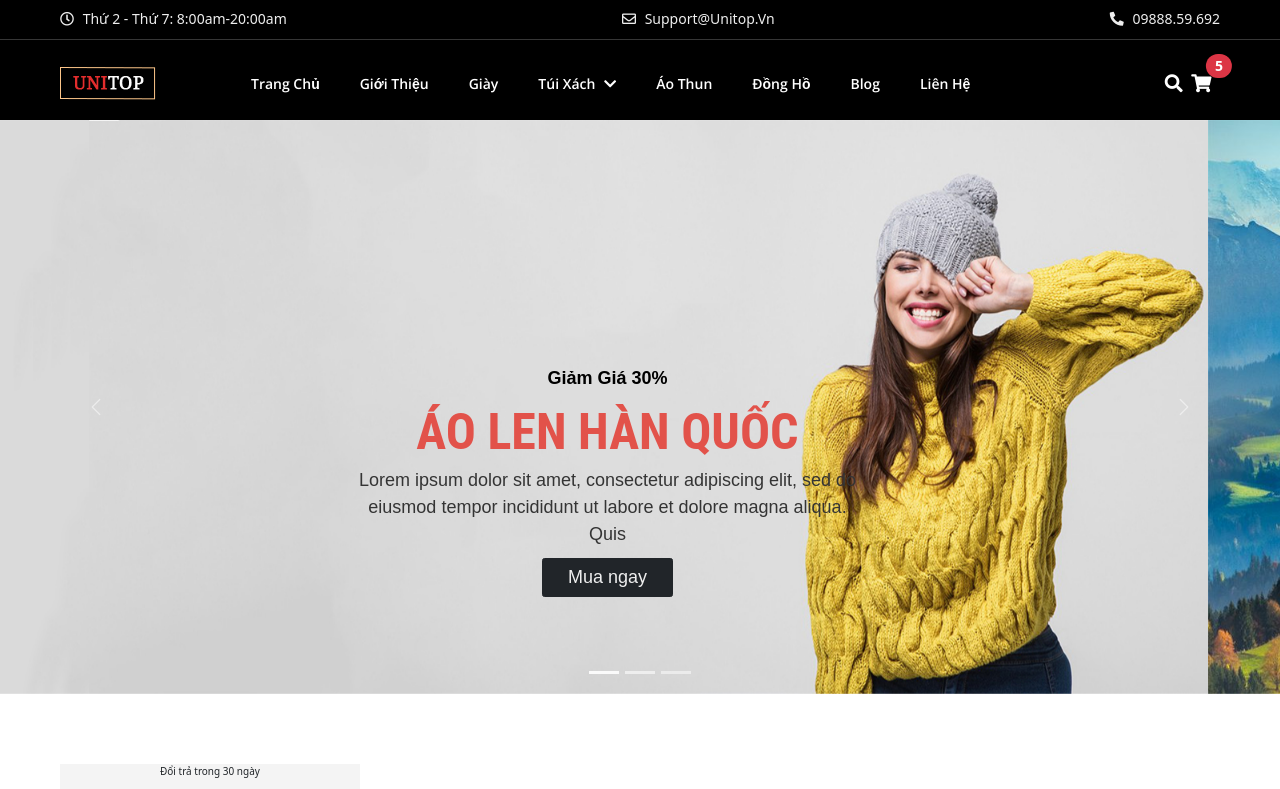
Repository: vinhtk0209/clothes-shop
Page: index.html
The author's editor kept a copy of each file at every save. The page is drawn from the files as they stood at one save, then again after the next save.
The browser window is 1280 px wide. The pictures show the whole page.

Above is the page before, as saved 2021-10-04 17:10:24.

### index.html
<!DOCTYPE html>
<html lang="en">
  <head>
    <meta charset="UTF-8" />
    <meta http-equiv="X-UA-Compatible" content="IE=edge" />
    <meta name="viewport" content="width=device-width, initial-scale=1.0" />
    <title>UNI-SHOP</title>
    <link rel="stylesheet" href="assets/css/reset.css" />
    <link rel="stylesheet" href="assets/fontawesome/css/all.css" />
    <link rel="stylesheet" href=" assets/boostrap/css/bootstrap.min.css" />
    <link rel="preconnect" href="https://fonts.googleapis.com" />
    <link rel="preconnect" href="https://fonts.gstatic.com" crossorigin />
    <link
      href="https://fonts.googleapis.com/css2?family=Open+Sans:wght@400;600;700&display=swap"
      rel="stylesheet"
    />
    <script src="assets/js/jquery.min.js"></script>
    <link rel="stylesheet" href="assets/css/main.css" />
  </head>
  <body>
    <div id="wrapper">
      <div id="header">

          <div class="header-info">
            <div class="container-1160">
            <ul
              class="
                list-info list-unstyled
                d-flex
                justify-content-between
                align-items-center
              "
            >
              <li>
                <p class="header-descr time-contact">
                  <span class="icon-time">
                    <!-- icon time -->
                    <i class="far fa-clock"></i>
                  </span>
                  <span class="descr-time ps-2 descr"
                    >thứ 2 - thứ 7: 8:00am-20:00am</span
                  >
                </p>
              </li>
              <li>
                <p class="header-descr email-contact">
                  <span class="icon-email">
                    <!-- icon email -->
                    <i class="far fa-envelope"></i>
                  </span>
                  <span class="descr-email ps-2 descr"> support@unitop.vn </span>
                </p>
              </li>
              <li>
                <p class="header-descr phone-number">
                  <span class="icon-phone">
                    <!-- icon phone -->
                    <i class="fas fa-phone-alt"></i>
                  </span>
                  <span class="descr-phone ps-2 descr"> 09888.59.692 </span>
                </p>
              </li>
            </ul>
          </div>
          </div>
          <!-- END HEADER-INFO -->
          <div
            class="header-menu d-flex align-items-center container-1160"

          >

            <div class="header-menu-logo mr-95">
              <a href="" class="logo-link">
                <img src="assets/images/logo.png" alt="logo" />
              </a>
            </div>
            <div class="header-menu-list ">
              <ul
                class="
                  list-menu
                  d-flex

                  align-items-center list-unstyled
                "
              >
                <li>
                  <a href="" class="list-name text-decoration-none">Trang chủ</a>
                </li>
                <li>
                  <a href="" class="list-name text-decoration-none">Giới thiệu</a>
                </li>
                <li>
                  <a href="" class="list-name text-decoration-none">Giày</a>
                </li>
                <li class="position-relative list-product">
                  <a href="" class="list-name text-decoration-none "
                    >Túi xách
                    <span class="icon-arrow-down ps-2">
                      <!-- icon arrow down -->
                      <i class="fas fa-chevron-down"></i>
                    </span></a
                  >

                  <ul class="sub-menu list-unstyled position-absolute  bg-submenu ">

                    <li>
                      <a href="" class="text-decoration-none color-submenu ">
                        túi xách tay nữ
                      </a>
                    </li>
                    <li>
                      <a href="" class="text-decoration-none  color-submenu">
                        túi đeo chéo nữ
                      </a>
                    </li>
                    <li>
                      <a href="" class="text-decoration-none color-submenu">
                        túi bản to
                      </a>
                    </li>
                    <li>
                      <a href="" class="text-decoration-none color-submenu">
                        túi đeo vai
                      </a>
                    </li>
                  </ul>
                </li>
                <li>
                  <a href="" class="list-name text-decoration-none">áo thun</a>
                </li>
                <li>
                  <a href="" class="list-name text-decoration-none">đồng hồ</a>
                </li>
                <li>
                  <a href="" class="list-name text-decoration-none">blog</a>
                </li>
                <li>
                  <a href="" class="list-name text-decoration-none">liên hệ</a>
                </li>
              </ul>
            </div>
            <!-- END MENU-LIST -->
            <div
              class="
                header-menu-function
                d-flex
                justify-content-between
                align-items-center
                ms-auto
              "
            >
              <div class="icon-search text-white ">
                <span class="search fs-18">
                  <!-- icon search -->
                  <span><i class="fas fa-search"></i></span>
                </span>
              </div>
              <div class="icon-cart">
                <a
                  href=""
                  class="btn text-white position-relative"
                >
                  <span class="fs-18">
                    <!-- icon cart  -->
                    <i class="fas fa-shopping-cart"></i>
                  </span>
                  <span
                    class="
                      position-absolute
                      top-0
                      start-100
                      translate-middle
                      badge
                      rounded-pill
                      bg-danger
                      fs-14
                    "
                  >
                    5
                  </span>
                </a>
              </div>
            </div>
          </div>
          <!-- END HEADER MENU -->
        </div>
      </div>
      <div id="slide" class="slide">
        <div id="carouselExampleIndicators" class="carousel slide" data-bs-ride="carousel">
          <div class="carousel-indicators">
            <button type="button" data-bs-target="#carouselExampleIndicators" data-bs-slide-to="0" class="active bg-btn-slide" aria-current="true" aria-label="Slide 1"></button>
            <button type="button" data-bs-target="#carouselExampleIndicators" data-bs-slide-to="1" aria-label="Slide 2 "
            class="bg-btn-slide"></button>
            <button type="button" data-bs-target="#carouselExampleIndicators" data-bs-slide-to="2" aria-label="Slide 3"
            class="bg-btn-slide"></button>
          </div>
          <div class="carousel-inner">
            <div class="carousel-item active">
              <img src="assets/images/slide-1.png" class="d-block w-100" alt="...">
            </div>
            <div class="carousel-item">
              <img src="assets/images/slide-2.jpg" class="d-block w-100" alt="...">
            </div>
            <div class="carousel-item">
              <img src="assets/images/slide-3.png" class="d-block w-100" alt="...">
            </div>
          </div>
          <button class="carousel-control-prev" type="button" data-bs-target="#carouselExampleIndicators" data-bs-slide="prev">
            <span class="carousel-control-prev-icon" aria-hidden="true"></span>
            <span class="visually-hidden">Previous</span>
          </button>
          <button class="carousel-control-next" type="button" data-bs-target="#carouselExampleIndicators" data-bs-slide="next">
            <span class="carousel-control-next-icon" aria-hidden="true"></span>
            <span class="visually-hidden">Next</span>
          </button>
        </div>
        <!-- CARD INFO -->
          <div class="card-img-overlay card-descr text-center">
            <p class="discount fs-18 fw-bold color-p-card-discount">Giảm Giá 30%</p>
            <h4 class="product-name fw-bold">
              ÁO LEN HÀN QUỐC
            </h4>
            <p class="descr fs-18 color-p-card-descr fw-regular   ">
              Lorem ipsum dolor sit amet, consectetur adipiscing elit, sed do eiusmod tempor incididunt ut labore et dolore magna aliqua. Quis
            </p>
            <button type="button" class="btn btn-dark btn-buynow fs-18 text-button fw-regular pd-btn">Mua ngay</button>
          </div>
      </div>
      <!-- END SLIDE -->
      <div id="special-offer ">
        <div class="container-1160 d-flex justify-content-between align-items-center">
          <div class="return-time box-offer">
            <span class="icon-return-time d-block">
              <!-- icon return  -->
            </span>
            <p class="special__offer--descr ">
              Đổi trả trong 30 ngày
            </p>
          </div>
          <!-- END RETURN TIME -->
          <div class="special__offer--support-phone box-offer">

          </div>
          <!-- END SUPPORT PHONE -->
          <div class="special__offer--freeship box-offer">

          </div>
          <!-- END FREESHIP -->
        </div>
      </div>
      <!-- END SPECIAL OFFER -->
      <!-- END HEADER -->
      <div id="content">

      </div>
      <!-- END CONTENT -->
      <div id="footer"></div>
      <!-- END FOOTER -->
    </div>
    <!-- END WRAPPER -->
    <script src="assets/js/bootstrap.bundle.min.js"></script>
    <script src="assets/js/popper.min.js"></script>
  </body>
</html>

### assets/css/reset.css
/*
 * Bootstrap Reboot v4.3.1 (https://getbootstrap.com/)
 * Copyright 2011-2019 The Bootstrap Authors
 * Copyright 2011-2019 Twitter, Inc.
 * Licensed under MIT (https://github.com/twbs/bootstrap/blob/master/LICENSE)
 * Forked from Normalize.css, licensed MIT (https://github.com/necolas/normalize.css/blob/master/LICENSE.md)
 */

*,
*::before,
*::after {
    box-sizing: border-box;
}

html {
    font-family: sans-serif;
    line-height: 1.15;
    -webkit-text-size-adjust: 100%;
    -webkit-tap-highlight-color: rgba(0, 0, 0, 0);
}

article,
aside,
figcaption,
figure,
footer,
header,
hgroup,
main,
nav,
section {
    display: block;
}

body {
    margin: 0;
    font-family: -apple-system, BlinkMacSystemFont, "Segoe UI", Roboto, "Helvetica Neue", Arial, "Noto Sans", sans-serif, "Apple Color Emoji", "Segoe UI Emoji", "Segoe UI Symbol", "Noto Color Emoji";
    font-size: 1rem;
    font-weight: 400;
    line-height: 1.5;
    color: #212529;
    text-align: left;
    background-color: #fff;
}

[tabindex="-1"]:focus {
    outline: 0 !important;
}

hr {
    box-sizing: content-box;
    height: 0;
    overflow: visible;
}

h1,
h2,
h3,
h4,
h5,
h6 {
    margin-top: 0;
    margin-bottom: 0.5rem;
}

p {
    margin-top: 0;
    margin-bottom: 1rem;
}

abbr[title],
abbr[data-original-title] {
    text-decoration: underline;
    -webkit-text-decoration: underline dotted;
    text-decoration: underline dotted;
    cursor: help;
    border-bottom: 0;
    -webkit-text-decoration-skip-ink: none;
    text-decoration-skip-ink: none;
}

address {
    margin-bottom: 1rem;
    font-style: normal;
    line-height: inherit;
}

ol,
ul,
dl {
    margin-top: 0;
    margin-bottom: 1rem;
}

ol ol,
ul ul,
ol ul,
ul ol {
    margin-bottom: 0;
}

dt {
    font-weight: 700;
}

dd {
    margin-bottom: .5rem;
    margin-left: 0;
}

blockquote {
    margin: 0 0 1rem;
}

b,
strong {
    font-weight: bolder;
}

small {
    font-size: 80%;
}

sub,
sup {
    position: relative;
    font-size: 75%;
    line-height: 0;
    vertical-align: baseline;
}

sub {
    bottom: -.25em;
}

sup {
    top: -.5em;
}

a {
    color: #007bff;
    text-decoration: none;
    background-color: transparent;
}

a:hover {
    color: #0056b3;
    text-decoration: underline;
}

a:not([href]):not([tabindex]) {
    color: inherit;
    text-decoration: none;
}

a:not([href]):not([tabindex]):hover,
a:not([href]):not([tabindex]):focus {
    color: inherit;
    text-decoration: none;
}

a:not([href]):not([tabindex]):focus {
    outline: 0;
}

pre,
code,
kbd,
samp {
    font-family: SFMono-Regular, Menlo, Monaco, Consolas, "Liberation Mono", "Courier New", monospace;
    font-size: 1em;
}

pre {
    margin-top: 0;
    margin-bottom: 1rem;
    overflow: auto;
}

figure {
    margin: 0 0 1rem;
}

img {
    vertical-align: middle;
    border-style: none;
}

svg {
    overflow: hidden;
    vertical-align: middle;
}

table {
    border-collapse: collapse;
}

caption {
    padding-top: 0.75rem;
    padding-bottom: 0.75rem;
    color: #6c757d;
    text-align: left;
    caption-side: bottom;
}

th {
    text-align: inherit;
}

label {
    display: inline-block;
    margin-bottom: 0.5rem;
}

button {
    border-radius: 0;
}

button:focus {
    outline: 1px dotted;
    outline: 5px auto -webkit-focus-ring-color;
}

input,
button,
select,
optgroup,
textarea {
    margin: 0;
    font-family: inherit;
    font-size: inherit;
    line-height: inherit;
}

button,
input {
    overflow: visible;
}

button,
select {
    text-transform: none;
}

select {
    word-wrap: normal;
}

button,
[type="button"],
[type="reset"],
[type="submit"] {
    -webkit-appearance: button;
}

button:not(:disabled),
[type="button"]:not(:disabled),
[type="reset"]:not(:disabled),
[type="submit"]:not(:disabled) {
    cursor: pointer;
}

button::-moz-focus-inner,
[type="button"]::-moz-focus-inner,
[type="reset"]::-moz-focus-inner,
[type="submit"]::-moz-focus-inner {
    padding: 0;
    border-style: none;
}

input[type="radio"],
input[type="checkbox"] {
    box-sizing: border-box;
    padding: 0;
}

input[type="date"],
input[type="time"],
input[type="datetime-local"],
input[type="month"] {
    -webkit-appearance: listbox;
}

textarea {
    overflow: auto;
    resize: vertical;
}

fieldset {
    min-width: 0;
    padding: 0;
    margin: 0;
    border: 0;
}

legend {
    display: block;
    width: 100%;
    max-width: 100%;
    padding: 0;
    margin-bottom: .5rem;
    font-size: 1.5rem;
    line-height: inherit;
    color: inherit;
    white-space: normal;
}

progress {
    vertical-align: baseline;
}

[type="number"]::-webkit-inner-spin-button,
[type="number"]::-webkit-outer-spin-button {
    height: auto;
}

[type="search"] {
    outline-offset: -2px;
    -webkit-appearance: none;
}

[type="search"]::-webkit-search-decoration {
    -webkit-appearance: none;
}

::-webkit-file-upload-button {
    font: inherit;
    -webkit-appearance: button;
}

output {
    display: inline-block;
}

summary {
    display: list-item;
    cursor: pointer;
}

template {
    display: none;
}

[hidden] {
    display: none !important;
}


/*# sourceMappingURL=bootstrap-reboot.css.map */

### assets/css/main.css
* {
    margin: 0;
    padding: 0;
    box-sizing: inherit;
}
html{
    font-family: 'Open Sans', sans-serif;
    font-size: 62.5%;
    line-height: 1.5;
    box-sizing: border-box;
}
.container-1160 {
    width: 1160px;
    margin:0px auto;
}
ul{
    margin: 0;
    padding: 0;
}
.mr-95{
    margin-right:95px;
}
.outline-none{
    outline: none!important;
}
.fs-14{
    font-size: 14px;
}
.fs-18{
    font-size: 18px;
}
.bg-submenu{
    background-color: #f9f9f9;
}
.color-submenu{
    color: #5c5b5b ;
}
.color-p-card-discount{
    color:#000000;
}
.color-p-card-descr{
    color:#343434;
}
.text-button{
    color:#efefef;
}
.fw-regular{
    font-weight: 400;
}
.pd-btn{
    padding:5px 25px;
}
.bg-btn-slide:hover{
    background-color: #e2524a!important ;
}
/* =========================== HEADER ===========================*/
#header {
    min-height: 120px;
    background-color: #000000;
    padding: 8px 0px 0px 0px;
    text-transform: capitalize;
}
.header-info{

    color:#eeeeee;
    font-weight: 400 ;
    font-size: 1.4rem;
    border-bottom:1px solid #363636;
    margin-bottom: 25px;
}

.header-menu-list ul.list-menu > li + li{
    padding-left:40px;

}
.header-menu-list ul li a.list-name{
    font-size: 1.4rem;
    color:#ffffff;
    font-weight:600 ;
    font-family: 'Open Sans', sans-serif;
    transition: all 0.5s ease-in-out;
}
.header-menu-list ul li a.list-name:hover{
    color:#e2524a ;
}
ul.list-menu li:hover>ul.sub-menu{
    opacity: 1;
    visibility: visible;
    z-index: 9999;
}
ul.sub-menu {
   /* padding:0px; */
   min-width: 200px;
   min-height: 133px;
   padding:18px 0 20px 0;
   box-sizing: border-box;
   top:50px;
   opacity: 0;
   visibility: hidden;
   transition: all 0.5s ease-in-out;

}

ul.sub-menu li{
    padding-left:25px;
    /* chinh lai padding  */
}
ul.sub-menu li a{
    font-family: 'Roboto Condensed', sans-serif;
    display: block;
    font-weight: 400;
    font-size: 1.4rem;
    margin-bottom: 10px;
    transition: all 0.5s ease-in-out;
}

ul.sub-menu li a:hover{
    color:#e2524a ;
}

/* ======================= END HEADER =======================*/

/* ======================= SLIDER =======================*/
.slide{
    /* height:700px; */
    position: relative;
    margin-bottom: 70px;
}
.card-descr{
    position: absolute;
    top:235px;
    left:340px;
    max-width:535px;
    min-height:285px;
    font-family: "Myriad Pro", sans-serif;
}

.card-descr h4.product-name{
    font-size: 5rem;
    font-family: 'Roboto Condensed', sans-serif;
    color:#e2524a;
}
/* ======================= END SLIDER =======================*/

/* ======================= SPECIAL OFFER =======================*/
.box-offer{
    background-color: #f4f4f4;
    padding:  0px  100px  0px ;
}

Loaded but not shown: assets/fontawesome/css/all.css (library); assets/boostrap/css/bootstrap.min.css (library); assets/js/jquery.min.js (library); assets/js/bootstrap.bundle.min.js (library); assets/js/popper.min.js (library)

After the next save:
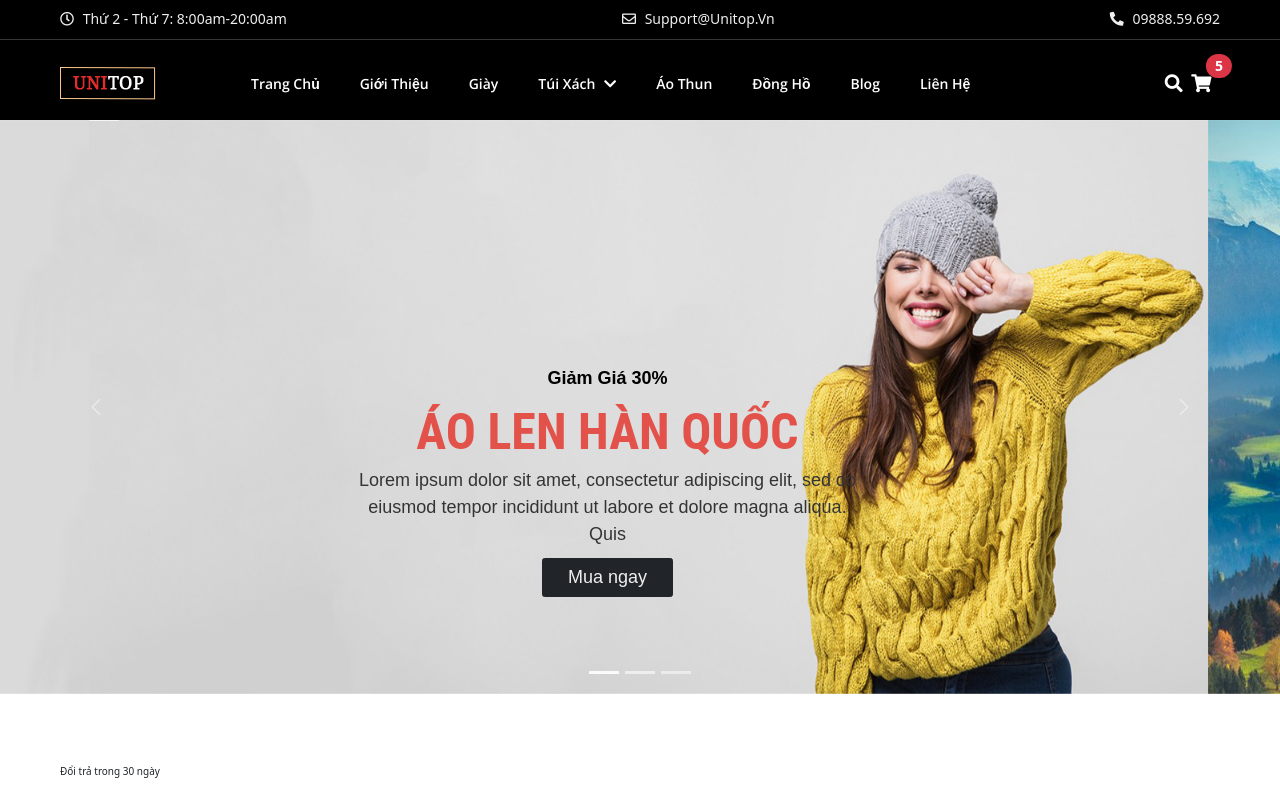
Saved 82 s later.
--- a/assets/css/main.css
+++ b/assets/css/main.css
@@ -143,6 +143,7 @@
 /* ======================= END SLIDER =======================*/
 
 /* ======================= SPECIAL OFFER =======================*/
+#spe
 .box-offer{
     background-color: #f4f4f4;
     padding:  0px  100px  0px ;

After the 2 saves that followed:
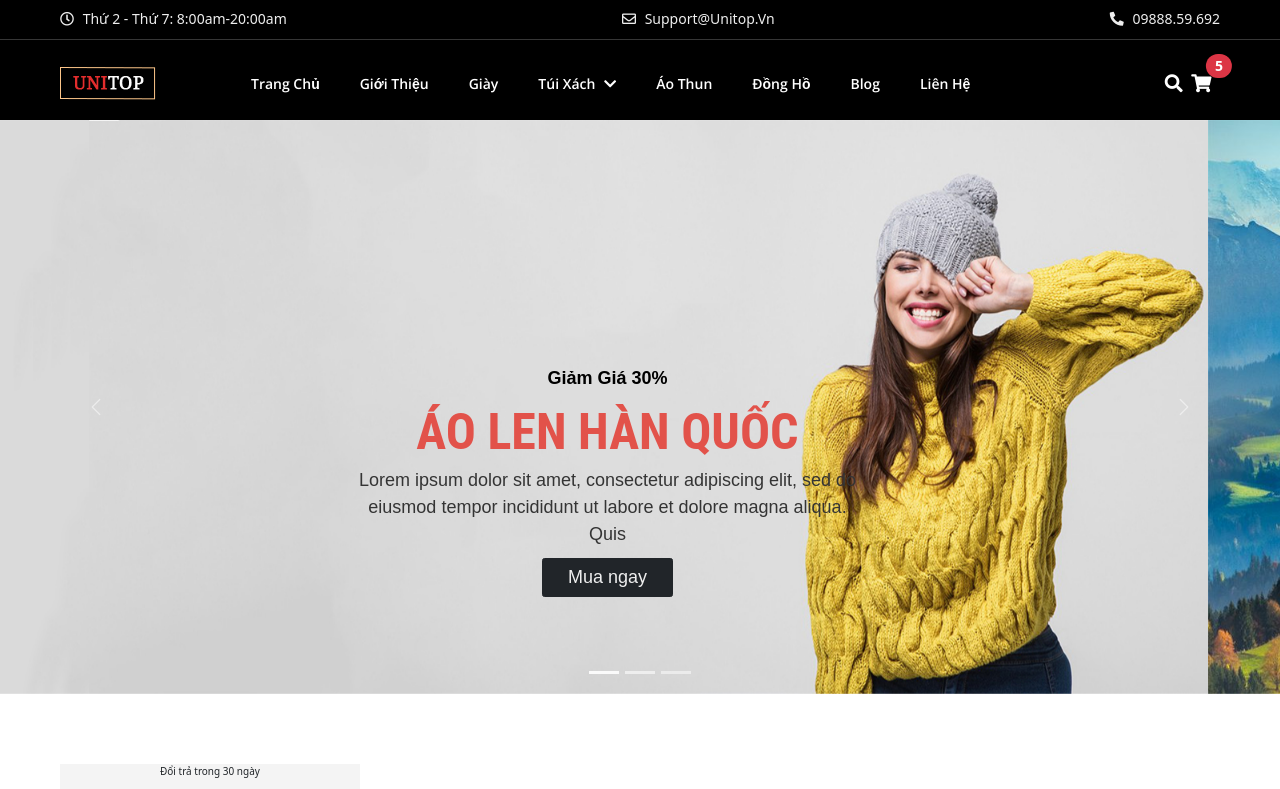
The 2 saves are shown as one change because 1 left the picture as it was.
The last was saved 16 s later.
--- a/assets/css/main.css
+++ b/assets/css/main.css
@@ -143,7 +143,9 @@
 /* ======================= END SLIDER =======================*/
 
 /* ======================= SPECIAL OFFER =======================*/
-#spe
+#special-offer{
+    height:600px;
+}
 .box-offer{
     background-color: #f4f4f4;
     padding:  0px  100px  0px ;
